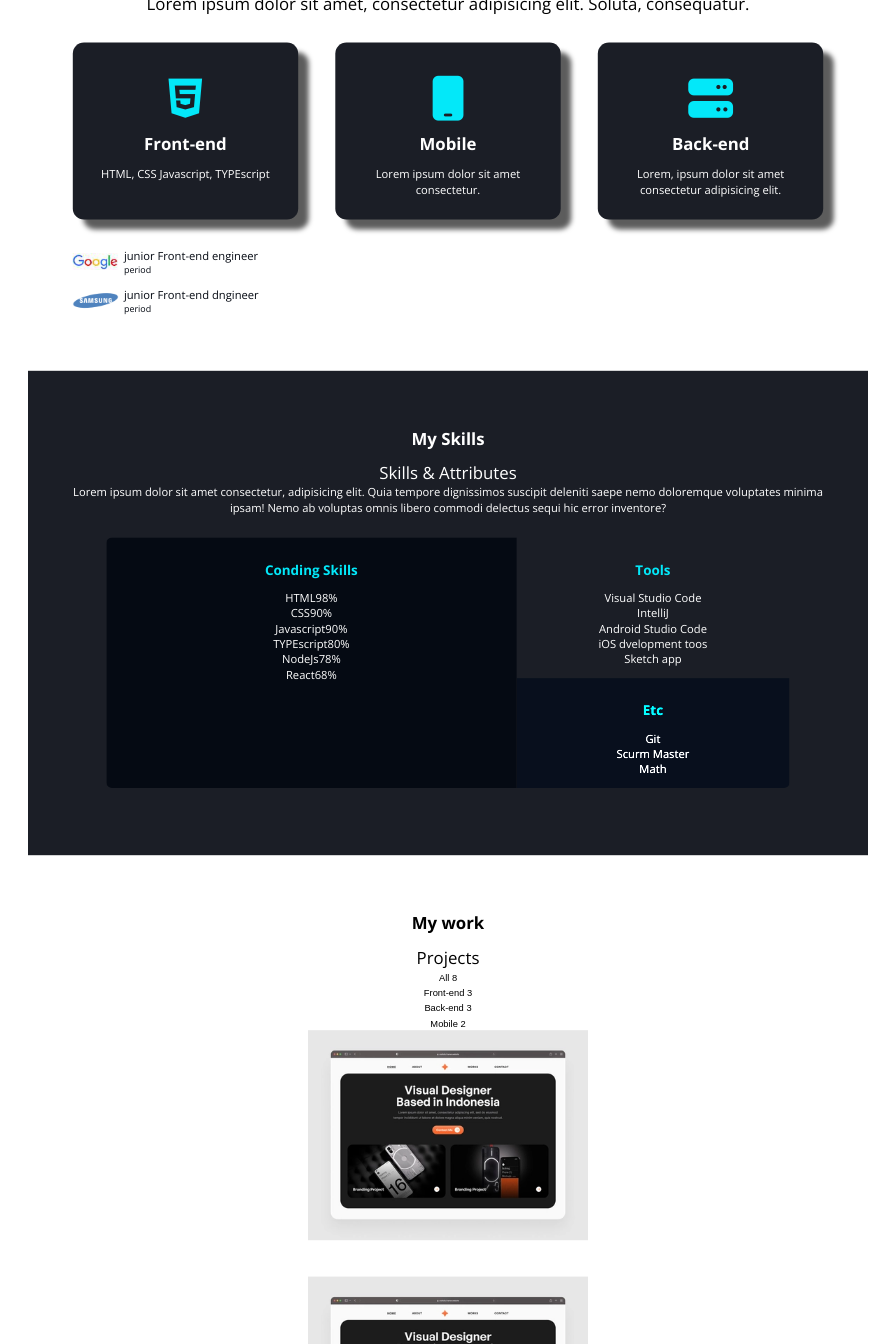
Repository: Arden-Sol/portfolio-website-clone-coding
Page: index.html
An editor plug-in stored every save of this project. The page is shown before and after the next save, followed by the edit.
The browser window is 1280 px wide. The pictures show the part of the page from y = 864 to 2784 px (the page is 6719 px tall), at 70% of full size.
Some web libraries are served in a nearby version.

Above is the page before, as saved 2024-03-27 00:24:52.

### index.html
<!DOCTYPE html>
<html lang="en">

<head>
  <meta charset="UTF-8">
  <meta name="viewport" content="width=device-width, initial-scale=1.0">
  <!-- SEO -->
  <title>Arden&#39;s portfolio</title>
  <meta name="description" content="포트폴리오 연습장" />
  <meta name="author" content="arden">
  <link rel="shortcut icon" href="image/favicon.jpg" type="image/x-icon">
  <!-- OG (Open Graph Data) -->
  <meta property="og:title" content="포트폴리오">
  <meta property="og:type" content="website">
  <meta property="og:url" content="배포후 생성된 URL">
  <meta property="og:image" content="배포후 생성된 이미지 URL">
  <!-- Goole Font -->
  <link rel="preconnect" href="https://fonts.googleapis.com">
  <link rel="preconnect" href="https://fonts.gstatic.com" crossorigin>
  <link href="https://fonts.googleapis.com/css2?family=Open+Sans:ital,wght@0,300..800;1,300..800&display=swap"
    rel="stylesheet">
  <!-- Font Awesome -->
  <script src="https://kit.fontawesome.com/4dc9c1b526.js" crossorigin="anonymous"></script>
  <!-- CSS -->
  <link rel="stylesheet" href="css/style.css">
  <!-- Javascript -->
  <script src="src/main.js" defer></script>
</head>

<body>
  <!-- Header -->
  <header class="header">
    <div class="header__logo">
      <img class="header__logo__img" src="image/favicon.jpg" alt="">
      <h1 class="header__logo__title"><a href="#">Ellie</a></h1>
    </div>
    <nav>
      <ul class="header__menu">
        <li><a class="header__menu__item active" href="#home">Home</a></li>
        <li><a class="header__menu__item" href="#about">About</a></li>
        <li><a class="header__menu__item" href="#skills">Skills</a></li>
        <li><a class="header__menu__item" href="#work">My work</a></li>
        <li><a class="header__menu__item" href="#testimonial">Testimonials</a></li>
        <li><a class="header__menu__item" href="#contact">Contact</a></li>
      </ul>
    </nav>
  </header>
  <!-- Main -->
  <main>
    <!-- Home -->
    <section id="home" class="section">
      <img class="home__avatar" src="image/picture.jpg" alt="picture">
      <h2 class="home__title">Lorem <br> <strong class="home__title--strong">ipsum dolor</strong> sit amet consectetur
        ad.</h2>
      <p class="home__description">Lorem ipsum dolor sit amet consectetur adipisicing elit. Rerum placeat optio beatae
        assumenda incidunt harum
        vel?</p>
      <a class="home__contact" href="#contact">Contact me</a>
    </section>
    <!-- About -->
    <section id="about" class="section max-container">
      <h2 class="title">About me</h2>
      <p class="description">Lorem ipsum dolor sit amet, consectetur adipisicing elit. Soluta, consequatur.</p>
      <ul class="majors">
        <li class="major">
          <i class="fa-brands fa-html5 major__icon"></i>
          <p class="major__title">Front-end</p>
          <p>HTML, CSS Javascript, TYPEscript</p>
        </li>
        <li class="major">
          <i class="fa-solid fa-mobile major__icon"></i>
          <p class="major__title">Mobile</p>
          <p>Lorem ipsum dolor sit amet consectetur.</p>
        </li>
        <li class="major">
          <i class="fa-solid fa-server major__icon"></i>
          <p class="major__title">Back-end</p>
          <p>Lorem, ipsum dolor sit amet consectetur adipisicing elit.</p>
        </li>
      </ul>
      <ul class="jobs">
        <li class="job"><img src="image/jobs/google.png" alt="google">
          <div>
            <p class="job__name">junior Front-end engineer</p>
            <p class="job__period">period</p>
          </div>
        </li>
        <li class="job"><img src="image/jobs/samsung.png" alt="samsung">
          <div>
            <p class="job__name">
              junior Front-end dngineer
            </p>
            <p class="job__period">period</p>
          </div>
        </li>
      </ul>
    </section>
    <!-- Skills -->
    <section id="skills" class="section max-container">
      <h2 class="title">My Skills</h2>
      <p class="description">Skills & Attributes</p>
      <p>Lorem ipsum dolor sit amet consectetur, adipisicing elit. Quia tempore dignissimos suscipit deleniti saepe nemo
        doloremque voluptates minima ipsam! Nemo ab voluptas omnis libero commodi delectus sequi hic error inventore?
      </p>
      <div class="skills">
        <section class="skills__coding">
          <h3 class="skills__title">Conding Skills</h3>
          <ul>
            <li>
              <div><span>HTML</span><span>98%</span></div>
              <div>
                <div style="width: 98%"></div>
              </div>
            </li>
            <li>
              <div><span>CSS</span><span>90%</span></div>
              <div>
                <div style="width: 98%"></div>
              </div>
            </li>
            <li>
              <div><span>Javascript</span><span>90%</span></div>
              <div>
                <div style="width: 98%"></div>
              </div>
            </li>
            <li>
              <div><span>TYPEscript</span><span>80%</span></div>
              <div>
                <div style="width: 98%"></div>
              </div>
            </li>
            <li>
              <div><span>NodeJs</span><span>78%</span></div>
              <div>
                <div style="width: 98%"></div>
              </div>
            </li>
            <li>
              <div><span>React</span><span>68%</span></div>
              <div>
                <div style="width: 98%"></div>
              </div>
            </li>
          </ul>
        </section>
        <section class="skills__tools">
          <h3 class="skills__title">Tools</h3>
          <ul>
            <li>Visual Studio Code</li>
            <li>IntelliJ</li>
            <li>Android Studio Code</li>
            <li>iOS dvelopment toos</li>
            <li>Sketch app</li>
          </ul>
        </section>
        <section class="skills__etc">
          <h3 class="skills__title">Etc</h3>
          <ul>
            <li>Git</li>
            <li>Scurm Master</li>
            <li>Math</li>
          </ul>
        </section>
      </div>
    </section>
    <!-- Work -->
    <section id="work" class="section">
      <h2 class="title">My work</h2>
      <p class="description">Projects</p>
      <ul>
        <li><button>All <span>8</span></button></li>
        <li><button>Front-end <span>3</span></button></li>
        <li><button>Back-end <span>3</span></button></li>
        <li><button>Mobile <span>2</span></button></li>
      </ul>
      <ul>
        <li>
          <a href="#" target="_blank">
            <img src="image/projects/project1.webp" alt="project8">
            <div>
              <h3>Project #1</h3>
              <p>Clone Coding with HTML, CSS</p>
            </div>
          </a>
        </li>
        <li><a href="#" target="_blank"><img src="image/projects/project1.webp" alt="project1">
            <div>
              <h3>Project #1</h3>
              <p>Clone Coding with HTML, CSS</p>
            </div>
          </a></li>
        <li><a href="#" target="_blank"><img src="image/projects/project2.webp" alt="project2">
            <div>
              <h3>Project #2</h3>
              <p>Clone Coding with HTML, CSS</p>
            </div>
          </a></li>
        <li><a href="#" target="_blank"><img src="image/projects/project3.webp" alt="project3">
            <div>
              <h3>Project #3</h3>
              <p>Clone Coding with HTML, CSS</p>
            </div>
          </a></li>
        <li><a href="#" target="_blank"><img src="image/projects/project4.webp" alt="project4">
            <div>
              <h3>Project #4</h3>
              <p>Clone Coding with HTML, CSS</p>
            </div>
          </a></li>
        <li><a href="#" target="_blank"><img src="image/projects/project5.webp" alt="project5">
            <div>
              <h3>Project #5</h3>
              <p>Clone Coding with HTML, CSS</p>
            </div>
          </a></li>
        <li><a href="#" target="_blank"><img src="image/projects/project6.webp" alt="project6">
            <div>
              <h3>Project #6</h3>
              <p>Clone Coding with HTML, CSS</p>
            </div>
          </a></li>
        <li><a href="#" target="_blank"><img src="image/projects/project7.webp" alt="project7">
            <div>
              <h3>Project #7</h3>
              <p>Clone Coding with HTML, CSS</p>
            </div>
          </a></li>
      </ul>
    </section>
    <!-- Testimonials -->
    <section id="testimonial" class="section">
      <h2 class="title">Testimonial</h2>
      <p class="description">See what they say about me</p>
      <ul>
        <li><img src="image/testimonials/people1.webp" alt="people1">
          <p>Lorem ipsum dolor sit amet consectetur adipisicing elit. Veniam ab quasi totam excepturi iure enim iusto
            facilis ut odio facere quaerat, sapiente nesciunt eveniet magnam porro, officiis molestiae, et nobis!</p>
          <p><a href="#">James Kim</a> /Google</p>
        </li>
        <li><img src="image/testimonials/people2.webp" alt="people2">
          <div>
            <p>Lorem ipsum dolor sit amet consectetur, adipisicing elit. Deleniti est neque ipsum distinctio accusamus
              expedita molestiae mollitia animi odio quam minus a atque exercitationem quidem nisi, dolores vel quisquam
              ipsa.</p>
            <p><a href="#">Anna Jin /Samsung</a></p>
          </div>
        </li>
        <li>
          <img src="image/testimonials/people3.webp" alt="people3">
          <div>
            <p>Lorem ipsum dolor sit amet consectetur adipisicing elit. Aut rerum quam quae impedit esse atque laborum
              accusantium maxime repudiandae assumenda, perferendis beatae repellat at? Nam, soluta assumenda. Veniam,
              odit possimus?</p>
            <p><a href="#">Anna Jin /Samsung</a></p>
          </div>
        </li>
      </ul>
    </section>
    <!-- Arrow up -->
    <aside>
      <a href="#home" title="back to top">
        <i class="fa-solid fa-arrow-up"></i></a>
    </aside>
  </main>
  <!-- Footer -->
  <footer id="contact" class="section">
    <h2 class="title">Let&#39;s talk</h2>
    <p class="description">highhigh222@naver.com</p>
    <ul>
      <li>
        <a href="#" title="arden github link" target="_blank">
          <i class="fa-brands fa-github"></i>
        </a>
      </li>
      <li>
        <a href="#" title="arden linkedin link" target="_blank">
          <i class="fa-brands fa-linkedin"></i>
        </a>
      </li>
    </ul>
    <p>Dream Coding ellie - All right reserved</p>
  </footer>


</body>

</html>

### css/style.css
/* Global */
:root {
/* App Colors */
--color-primary: var(--color-black);
--color-primary-variant: var(--color-gray);
--color-accent: var(--color-blue);
--color-accent-variant: var(--color-orange);
--color-text: var(--color-white);

  /* Colors */
--color-white: #ffffff;
--color-black: #050a13;
--color-blue: #03e8f9;
--color-orange: #fd6413;
--color-gray: #1b1e26;

/* Size */
--size-max-width: 1200px;
}

*{
  box-sizing: border-box;
}

body {
  margin : 0;
  font-family: 'Open Sans', sans-serif;
}

h1, h2, h3,p,ul {
  margin : 0;

}

ul{
  list-style: none;
  padding: 0;
}
a {
  text-decoration: none;
  color : var(--color-text);
}

button {
  background-color: transparent;
  outline: 0;
  border : 0;
}

button:hover {
  outline: 1px solid var(--color-accent);
}

/* Common */
.section {
  padding: 4rem;
  text-align: center;
}
.title {
  font-size: 2.5;
  margin: 1rem 0;
}
.description {
  font-size: 1.5rem;
}
.max-container {
  max-width: var(--size-max-width);
  margin: auto;
}

/* Header */
.header{
  position:fixed;
  top:0;
  width: 100%;
  display: flex;
  justify-content: space-between;
  align-items: center;
  padding: 1rem;
  background-color: black;
}
.header__logo {
  display: flex;
  align-items: center;
  gap:8px;
}
.header__logo__img {
  width: 36px;
  height: 36px;
  border-radius: 100%;
}
.header__logo__title {
  font-size: 1.8rem;
}
.header__menu {
  display: flex;
  gap:4px
}
.header__menu__item {
  padding: 8px 16px;
}
.header__menu__item:hover {
  border-bottom:1px solid var(--color-accent)
}
.header__menu__item.active {
  border:1px solid var(--color-accent);
  border-radius: 4px;
}
/* Home */
#home{
  background-color: var(--color-primary);
  color: var(--color-text);
  padding : 5rem 1rem;
  padding-top: 7rem;
  text-align: center;
}
.home__avatar{
  width: 250px;
  height: 250px;
  object-fit:cover;
  border-radius: 100%;
  border:3px solid var(--color-accent);
}
.home__title {
  font-size: 3rem;
  margin-bottom: 1rem;
}
.home__title--strong{
  color: var(--color-accent);
}
.home__description {
  font-size: 1.3rem;
}
.home__contact{
  display: inline-block;
  background-color: var(--color-accent);
  color:var(--color-black);
  padding : 0.5rem 1rem;
  margin: 2rem;
  font-weight: bold;
  border-radius: 4px;
}
.home__contact:hover{
  background-color: transparent;
  color: var(--color-text);
  outline: 2px solid var(--color-accent);
}
/* About me */
.majors{
  display: flex;
  justify-content: space-between;
  gap:1rem;
  margin: 2.5rem 0;
}
.major {
  background-color: var(--color-primary-variant);
  padding: 2rem 1rem;
  width: 30%;
  color: var(--color-text);
  border-radius: 1rem;
  cursor: default;
  box-shadow: 15px 14px 8px 0px rgba(0,0,0,0.64);
}
.major__icon{
  font-size: 4rem;
  margin: 1rem 0;
  color: var(--color-accent);
  transition: all 300ms ease;
}
.major__title{
  font-size: 1.5rem;
  font-weight: bold;
  margin-bottom:1rem;
}
.major:hover .major__icon{
  transform: rotate(-15deg) scale(1.2);
}
.jobs{
  text-align: start;
}
.job {
  display: flex;
  align-items: center;
  gap:8px;
  margin-bottom: 1rem;
}
.job__name {
  color: var(--color-primary);
}
.job__period  {
  color: var(--color-primary);
  font-size: 0.8rem;
}

/* Skills */
#skills {
  background-color: var(--color-primary-variant);
  color: var(--color-text);
}
.skills{
  display: grid;
  grid-template-columns: 6fr 4fr;
  margin: 2rem 3rem;
  border-radius: 8px;
  overflow: hidden;
}
.skills__title {
  color: var(--color-accent);
  margin: 1rem 0;
  font-size: 1.2rem;
}

.skills__coding{
  background-color: var(--color-primary);
  grid-row: span 2;
  padding: 1rem;
}
.skills__tools{
padding: 1rem;
}
.skills__etc{
  background-color: var(--color-primary);
  padding: 1rem;
  filter: brightness(150%);
}

Loaded but not shown: src/main.js (common file)

After the next save:
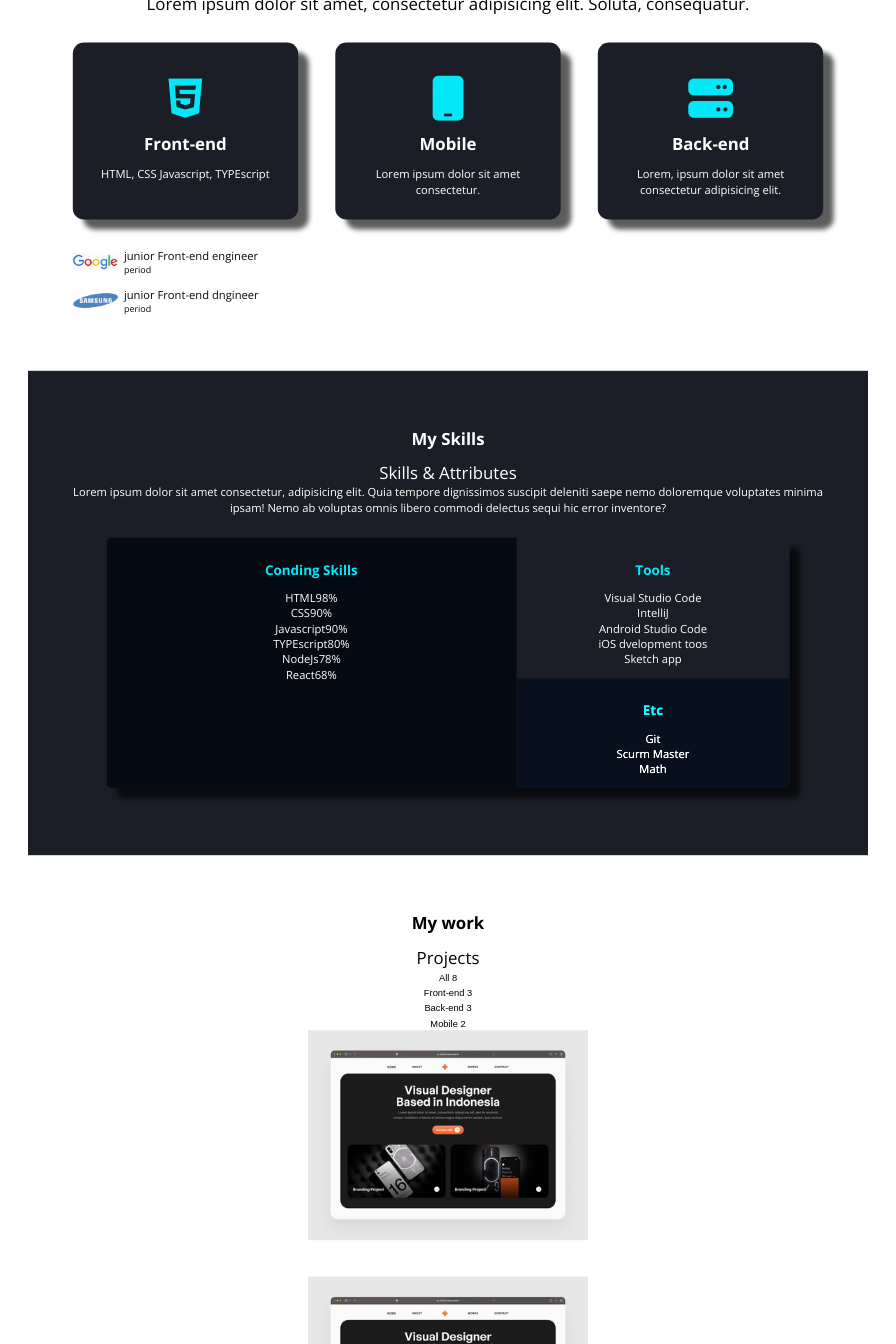
Saved 53 s later.
--- a/css/style.css
+++ b/css/style.css
@@ -203,6 +203,7 @@
   margin: 2rem 3rem;
   border-radius: 8px;
   overflow: hidden;
+  box-shadow: 15px 14px 8px 0px rgba(0,0,0,0.64);
 }
 .skills__title {
   color: var(--color-accent);
